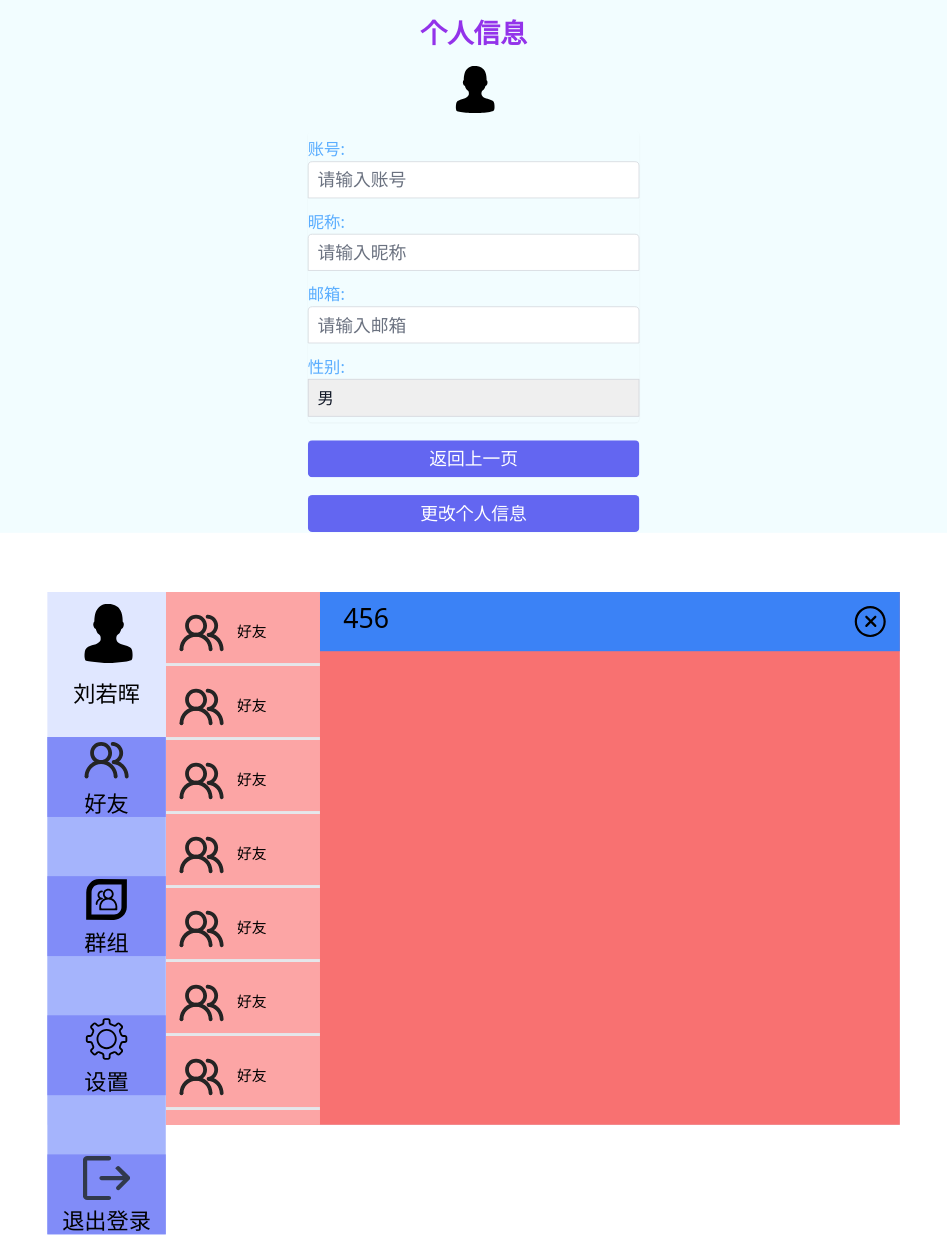
Repository: LiuRuohui/test_the_tailwindcss
Page: /
The author's editor kept a copy of each file at every save. The page is drawn from the files as they stood at one save, then again after the next save.
The browser window is 1280 px wide. The pictures show the whole page, at 74% of full size.
The project was rebuilt for these pictures with package versions that can differ from the ones it lists, and the page was loaded fresh each time. Also part of the build but not shown: vite.config.js, src/components/WelcomingPage.vue, src/components/HelloWorld.vue.

Above is the page before, as saved 2022-03-14 21:33:03.

After the next save:
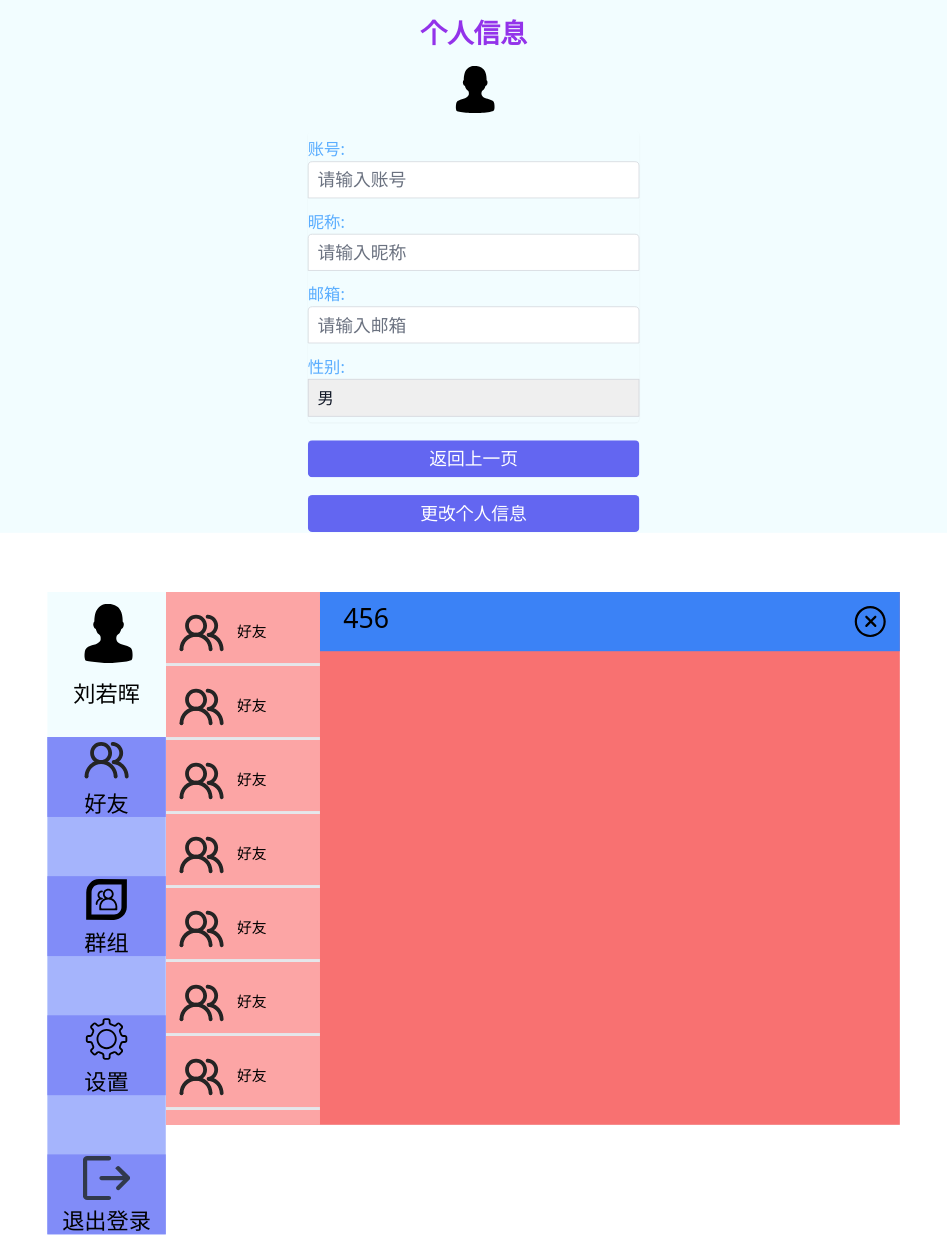
Saved 7 s later.
--- a/src/components/MainPage.vue
+++ b/src/components/MainPage.vue
@@ -1,5 +1,5 @@
 <template>
-<div class="flex flex-row sm:mx-16 sm:my-20 sm:text-xl bg-indigo-100">
+<div class="flex flex-row sm:mx-16 sm:my-20 sm:text-xl ">
     <div class="sm:basis-40">
         <div class="grid grid-rows-3 sm:gap-6 gap-3">
             <div class="row-span-2">

After the save that followed:
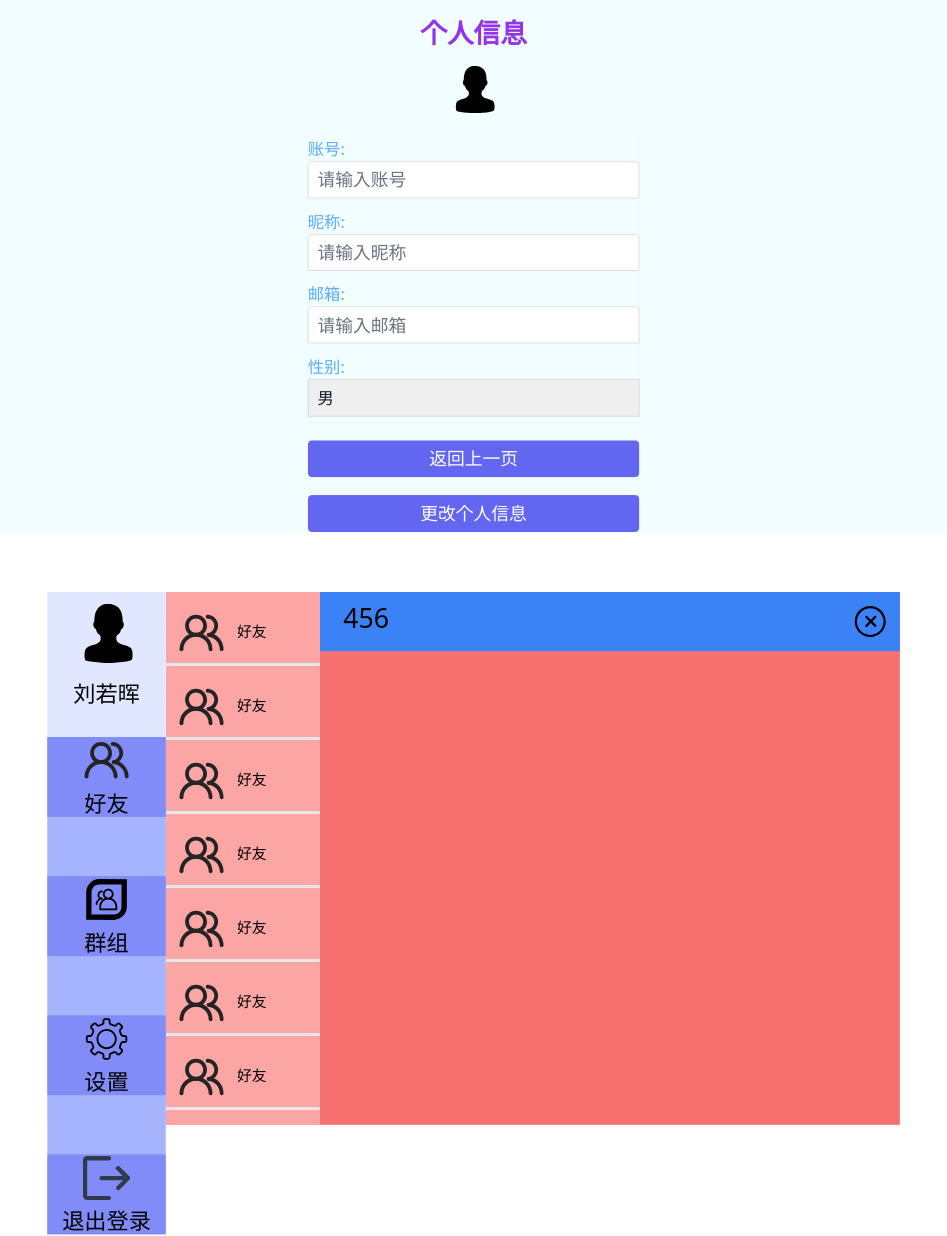
Saved 5 s later.
--- a/src/components/MainPage.vue
+++ b/src/components/MainPage.vue
@@ -1,6 +1,6 @@
 <template>
 <div class="flex flex-row sm:mx-16 sm:my-20 sm:text-xl ">
-    <div class="sm:basis-40">
+    <div class="sm:basis-40 bg-indigo-100">
         <div class="grid grid-rows-3 sm:gap-6 gap-3">
             <div class="row-span-2">
                 <img src="../assets/用户.svg" alt="" class="mt-2 sm:mt-4 h-20 w-2/3 mx-auto">
